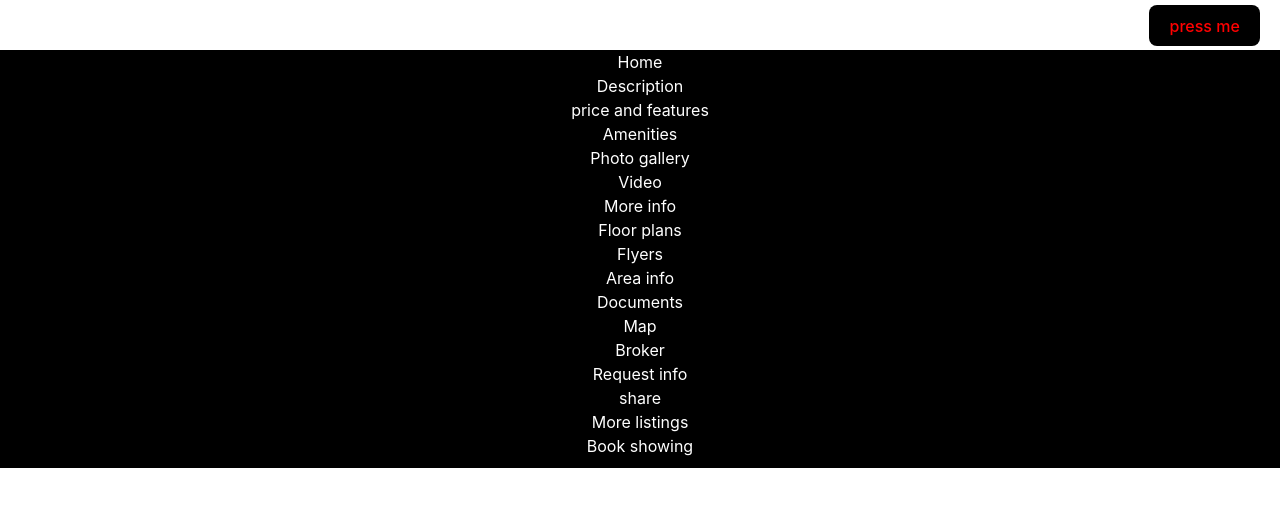
Repository: TMuse333/real-estate-landingpage
Page: /
The author's editor kept a copy of each file at every save. The page is drawn from the files as they stood at one save, then again after the next save.
The browser window is 1280 px wide. The pictures show the whole page.
The project was rebuilt for these pictures with package versions that can differ from the ones it lists, and the page was loaded fresh each time. Also part of the build but not shown: vite.config.js.

Above is the page before, as saved 2023-09-19 16:41:32.

After the next save:
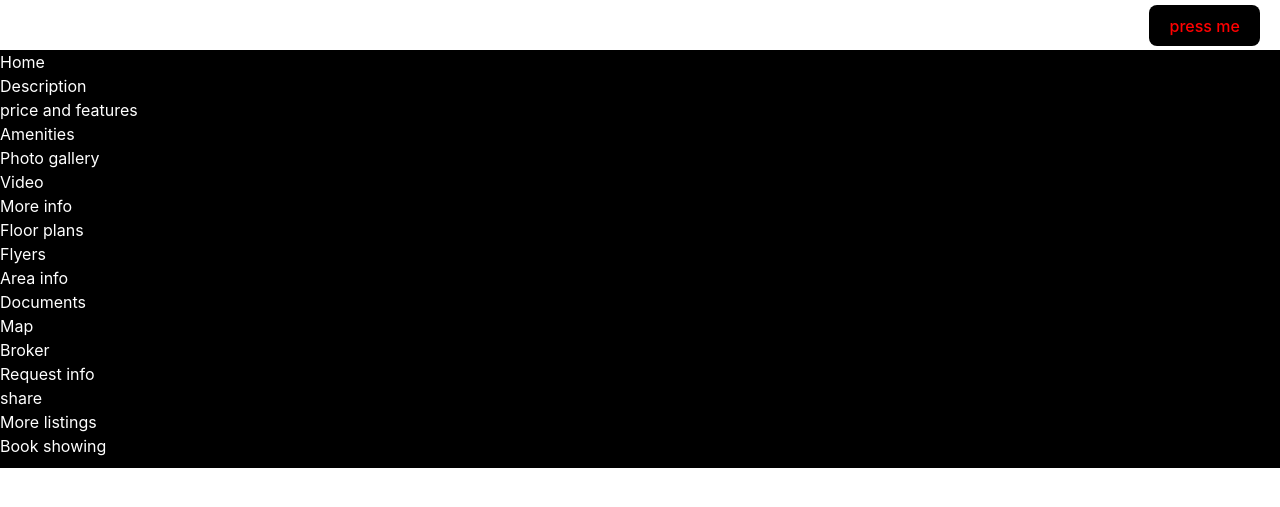
Saved 5 s later.
--- a/src/App.css
+++ b/src/App.css
@@ -24,7 +24,7 @@ width: 100vw;
 
 }
 
-
+.nav-
 
 .list-container {
   position: absolute;
